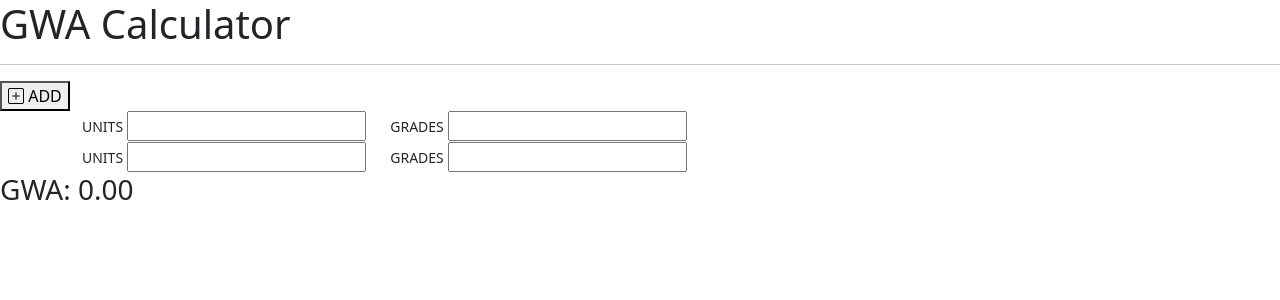
Repository: yonora/GWACalculator
Page: index.html
An editor plug-in stored every save of this project. The page is shown before and after the next save, followed by the edit.
The browser window is 1280 px wide. The pictures show the whole page.
Empty fields were first filled with sample values (such as "Sample", 5 or name@example.com).
After loading, the first visible `button.col-auto` was clicked once.

Above is the page before, as saved 2025-01-05 22:35:59.

### index.html
<!DOCTYPE html>
<html lang="en">
<head>
    <meta charset="UTF-8">
    <meta name="viewport" content="width=device-width, initial-scale=1.0">
    <link rel="stylesheet" href="https://cdn.jsdelivr.net/npm/bootstrap@5.3.3/dist/css/bootstrap.min.css">
    <link rel="stylesheet" href="https://cdn.jsdelivr.net/npm/bootstrap-icons@1.11.3/font/bootstrap-icons.min.css">
    <script src="js.js"></script>
    <title>GWA Calculator</title>
</head>
<body>
    <h1>GWA Calculator</h1>
    <hr>
    <button class="col-auto add" onclick="add()"><i class="bi bi-plus-square"></i> ADD</button>
    <div class="container" id="container">
        <div class="row" class="grade-container">
            <div class="col-auto">
                <label class="col-form-label-sm">UNITS</label>
                <input type="number" class="col-form-control units"  min="1" onchange="getGWA()">
            </div>
            <div class="col-auto">
                <label class="col-form-label-sm">GRADES</label>
                <input type="text" class="col-form-control grades" oninput="getGWA()">
            </div>
        </div>
    </div>
    <h3>GWA: <span id="gwa">0.00</span></h3>
</body>
</html>

### js.js
function add(){
    const container = document.getElementById('container');
    container.innerHTML +=
        `<div class="row" class="grade-container">
            <div class="col-auto">
                <label class="col-form-label-sm">UNITS</label>
                <input type="number" class="col-form-control units" oninput="getGWA()">
            </div>
            <div class="col-auto">
                <label class="col-form-label-sm">GRADES</label>
                <input type="text" class="col-form-control grades" oninput="getGWA()">
            </div>
        </div>`
    ;
}

function getUnits(units){
    var totalUnits = 0;

    for(let i=0; i<units.length; i++){
        let unit = parseFloat(units[i].value) ? parseFloat(units[i].value) : 0;
        totalUnits += unit;
    }
    return totalUnits;
}

function getGWA(){
    const grades = document.querySelectorAll('.grades');
    const units = document.querySelectorAll('.units');
    let gwa = 0.00;

    for(let i=0; i<grades.length; i++){
        let grade = parseFloat(grades[i].value) ? parseFloat(grades[i].value) : 0;
        let unit = parseFloat(units[i].value) ? parseFloat(units[i].value) : 0;
        grade > 0 ? gwa += (grade * unit) / (this.getUnits(units)) : gwa;
    }
    document.getElementById('gwa').innerHTML = gwa.toFixed(2);

}

After the next save:
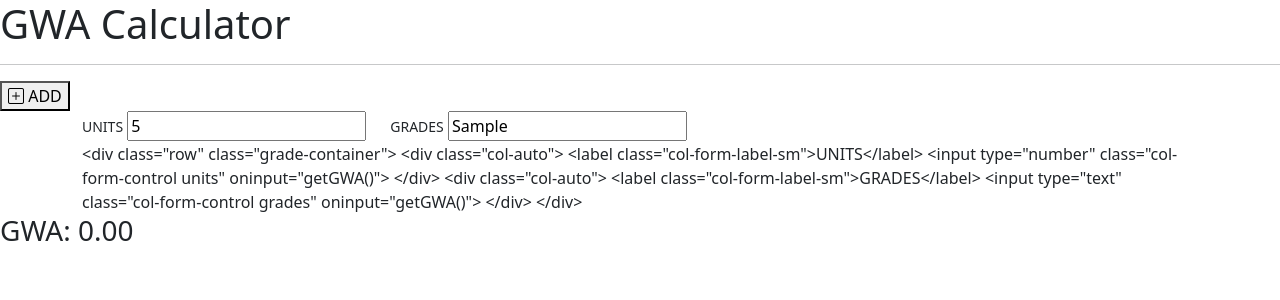
Saved 4 min 23 s later.
--- a/js.js
+++ b/js.js
@@ -1,6 +1,6 @@
 function add(){
     const container = document.getElementById('container');
-    container.innerHTML +=
+    container.append(
         `<div class="row" class="grade-container">
             <div class="col-auto">
                 <label class="col-form-label-sm">UNITS</label>
@@ -11,7 +11,7 @@ function add(){
                 <input type="text" class="col-form-control grades" oninput="getGWA()">
             </div>
         </div>`
-    ;
+    );
 }
 
 function getUnits(units){
@@ -32,7 +32,7 @@ function getGWA(){
     for(let i=0; i<grades.length; i++){
         let grade = parseFloat(grades[i].value) ? parseFloat(grades[i].value) : 0;
         let unit = parseFloat(units[i].value) ? parseFloat(units[i].value) : 0;
-        grade > 0 ? gwa += (grade * unit) / (this.getUnits(units)) : gwa;
+        gwa += (grade * unit) / (this.getUnits(units));
     }
     document.getElementById('gwa').innerHTML = gwa.toFixed(2);
 
